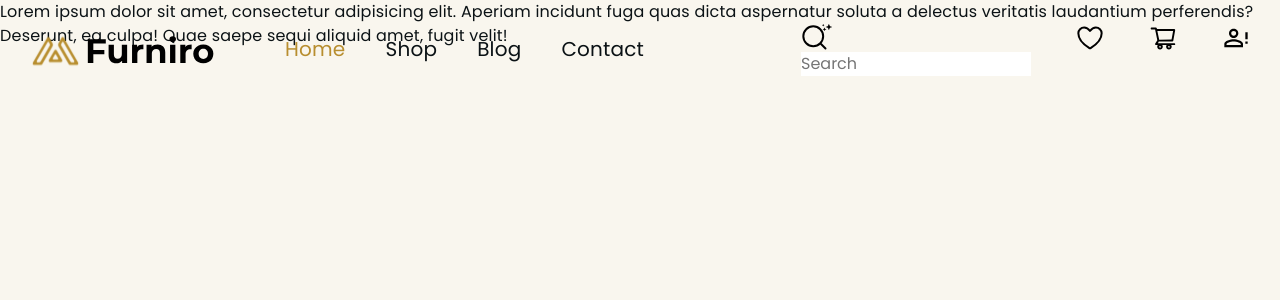
Repository: binhphanbp/furniro-interior_website
Page: index.html
These files come from the project's save history. The page is drawn as it stood at one moment and after the next save; the edit follows.
The browser window is 1280 px wide. The pictures show the whole page.

Above is the page before, as saved 2025-02-19 23:54:13.

### index.html
<!DOCTYPE html>
<html lang="en">
  <head>
    <meta charset="UTF-8" />
    <meta name="viewport" content="width=device-width, initial-scale=1.0" />
    <title>Furniro</title>

    <!-- Favicon -->
    <link rel="shortcut icon" href="./icons/favicon.ico" type="image/x-icon" />
    <link rel="icon" href="./icons/favicon.ico" type="image/x-icon" />

    <!-- Link CSS -->
    <link rel="stylesheet" href="./src/assets/styles/main.css" />
  </head>
  <body class="homepage">
    <!-- PROGRESS BAR -->
    <div class="progress-container">
      <div class="progress-bar"></div>
    </div>

    <!-- HEADER -->

    <header class="header">
      <div class="container">
        <nav class="header__menu">
          <a class="header__logo" href="#">
            <img src="./icons/furniro-logo-type.svg" alt="logo-furniro" />
          </a>
          <ul class="header__menu-list">
            <li>
              <a href="#" class="--active">home</a>
            </li>
            <li>
              <a href="./src/pages/shop.html">shop</a>
            </li>
            <li>
              <a href="./src/pages/blog.html">blog</a>
            </li>
            <li>
              <a href="./src/pages/contact.html">contact</a>
            </li>
          </ul>
        </nav>
        <ul class="header__icons">
          <li class="header__icons-searchbar">
            <label for="search-input">
              <img src="./icons/icon-search.svg" alt="icon-search" />
            </label>
            <input type="text" id="search-input" placeholder="Search" />
          </li>
          <li class="header__icons-item">
            <a href="#">
              <img src="./icons/icon-heart.svg" alt="icon-heart" />
            </a>
          </li>
          <li class="header__icons-item">
            <a href="./src/pages/cart.html">
              <img src="./icons/icon-cart.svg" alt="icon-cart"
            /></a>
          </li>
          <li class="header__icons-item">
            <a href="#">
              <img src="./icons/icon-account-alert.svg" alt="icon-account" />
            </a>
          </li>
        </ul>
      </div>
    </header>

    <!-- MAIN -->
    <main class="main">
      <p>
        Lorem ipsum dolor sit amet, consectetur adipisicing elit. Aperiam
        incidunt fuga quas dicta aspernatur soluta a delectus veritatis
        laudantium perferendis? Deserunt, ea culpa! Quae saepe sequi aliquid
        amet, fugit velit!
      </p>
      <!-- Section Hero -->
      <section class="schero">
        <div class="container"></div>
      </section>

      <!-- Section Menu -->
      <section class="scmenu">
        <div class="container"></div>
      </section>

      <!-- Section Services -->
      <section class="scservices">
        <div class="container"></div>
      </section>

      <!-- Section Delivery -->
      <section class="scdelivery">
        <div class="container"></div>
      </section>

      <!-- Section Our Customers -->
      <section class="sccustomers">
        <div class="container"></div>
      </section>

      <!-- Section Our Blog -->
      <section class="scblog">
        <div class="container"></div>
      </section>
    </main>

    <!-- FOOTER -->
    <footer class="footer">
      <div class="container"></div>
    </footer>

    <!-- JavaScript -->
    <script type="module" src="./src/scripts/main.js"></script>
  </body>
</html>

### src/assets/styles/main.css
/* Reset CSS */
@import './base/reset.css';

/* Font */
@import './base/variables.css';
@import './base/fonts.css';

/* Layouts (General Structure) */
@import './base/layouts.css';

/* Components */
@import './components/header.css';
@import './components/footer.css';
@import './components/components.css';

/* Pages */
@import './pages/home.css';
@import './pages/shop.css';
@import './pages/shop-details.css';
@import './pages/cart.css';
@import './pages/checkout.css';
@import './pages/product-comparison.css';
@import './pages/blog.css';
@import './pages/contact.css';

### src/assets/styles/base/reset.css
* {
  margin: 0;
  padding: 0;
  border: 0;
  font-size: 100%;
  font: inherit;
  vertical-align: baseline;
  box-sizing: border-box;
}
body {
  line-height: 1;
}
ol,
ul {
  list-style: none;
}
blockquote,
q {
  quotes: none;
}
blockquote:before,
blockquote:after,
q:before,
q:after {
  content: '';
  content: none;
}
table {
  border-collapse: collapse;
  border-spacing: 0;
}
img,
object,
embed {
  max-width: 100%;
}

a {
  text-decoration: none;
  outline: 0;
}
strong {
  font-family: db;
}
sub {
  vertical-align: sub;
  font-size: smaller;
}
sup {
  vertical-align: super;
  font-size: smaller;
}

### src/assets/styles/base/variables.css
:root {
  /* Page Setting Variables */
  --max-width-page: 2560px;
  --max-width-container-fluid: 1920px;
  --max-width-container: calc(1236px + calc(var(--gap) * 2));

  --gap: 30px;
  --pd-left-right: 20px;

  /* Color Variables */
  --primary-cl: #b88e2f;
  --primary-cl-hover: #d3ac51;
  --secondary-cl: #fff3e3;
  --tertiary-cl: #f3e9dc;

  --white-page-cl: #f9f6ee;
  --black-cl: #0b1215;

  --gray-dark-cl: #898989;
  --gray-light-cl: #9f9f9f;
  --product-hover: #3a3a3a;

  --red-cl: #e97171;
  --green-cl: #2ec1ac;
  --purple-cl: #816dfa;

  /* Font-size, Line-height, Letter-spacing Variables: */
  --fs-h1: 5.6rem;
  --lh-h1: 6.5rem;
  --ls-h1: 2px;

  --fs-h2: 4rem;
  --lh-h2: 4.8rem;
  --ls-h2: 0.25px;

  --fs-h3: 2.4rem;
  --lh-h3: 2.8rem;
  --ls-h3: 0.1px;

  --fs-text-button: 1.6rem;
  --lh-text-button: 2.4rem;
  --ls-text-button: 0.2px;

  --fs-body: 1.6rem;
  --lh-body: 2.4rem;
  --ls-body: 0.2px;

  /* Fonts: */
  --font-body: ppr;
  --font-body-light: ppl;
  --font-body-medium: ppm;
  --font-body-semibold: ppsb;
  --font-body-bold: ppb;

  /* General Variables */
  --height-header: 100px;
  --height-footer: 505px;
  --height-button: 48px;
  --height-button-medium: 64px;
  --height-button-large: 74px;
  --pd-section: 60px;

  /* Timing Transition Variables: */
  --duration: 0.4s;
  --cubic: cubic-bezier(0.59, 0.29, 0.15, 0.93);
}

### src/assets/styles/base/fonts.css
@font-face {
  font-family: 'ppl';
  src: url('../../fonts/Poppins-Light.woff2') format('woff2'),
    url('../../fonts/Poppins-Light.woff') format('woff');
  font-weight: 300;
  font-style: normal;
  font-display: swap;
}

@font-face {
  font-family: 'ppr';
  src: url('../../fonts/Poppins-Regular.woff2') format('woff2'),
    url('../../fonts/Poppins-Regular.woff') format('woff');
  font-weight: normal;
  font-style: normal;
  font-display: swap;
}

@font-face {
  font-family: 'ppm';
  src: url('../../fonts/Poppins-Medium.woff2') format('woff2'),
    url('../../fonts/Poppins-Medium.woff') format('woff');
  font-weight: 500;
  font-style: normal;
  font-display: swap;
}

@font-face {
  font-family: 'ppsb';
  src: url('../../fonts/Poppins-SemiBold.woff2') format('woff2'),
    url('../../fonts/Poppins-SemiBold.woff') format('woff');
  font-weight: 600;
  font-style: normal;
  font-display: swap;
}

@font-face {
  font-family: 'ppb';
  src: url('../../fonts/Poppins-Bold.woff2') format('woff2'),
    url('../../fonts/Poppins-Bold.woff') format('woff');
  font-weight: bold;
  font-style: normal;
  font-display: swap;
}

### src/assets/styles/base/layouts.css
html {
  font-size: 62.5%;

  scroll-behavior: smooth;

  /* CUSTOM SCROLLBAR */
  /* width */
  ::-webkit-scrollbar {
    width: 10px;
  }
  /* Track */
  ::-webkit-scrollbar-track {
    background: var(--gray-light-cl);
  }
  /* Handle */
  ::-webkit-scrollbar-thumb {
    background: var(--primary-cl);
    border-radius: 40px;
  }
  /* Handle on hover */
  ::-webkit-scrollbar-thumb:hover {
    background: var(--gray-dark-cl);
  }

  /* Custom background-color text selection */
  ::-moz-selection {
    color: var(--white-page-cl);
    background: var(--primary-cl);
  }
  ::selection {
    color: var(--white-page-cl);
    background: var(--primary-cl);
  }
}

body {
  background-color: var(--white-page-cl);
  width: 100%;
  max-width: var(--max-width-page);
  margin: auto;

  color: var(--black-cl);
  font-family: var(--font-body);
  font-size: var(--fs-body);
  line-height: var(--lh-body);
  letter-spacing: var(--ls-body);
}

.container-fluid {
  width: 100%;
  max-width: var(--max-width-container-fluid);
  padding-right: var(--gap);
  padding-left: var(--gap);
  margin-right: auto;
  margin-left: auto;
  position: relative;
}

.container {
  width: 100%;
  max-width: var(--max-width-container);
  padding-right: var(--gap);
  padding-left: var(--gap);
  margin-right: auto;
  margin-left: auto;
  position: relative;
}

.main {
  position: relative;
}

section .ptb {
  padding: var(--pd-section) 0;
}
section .pt {
  padding: var(--pd-section);
}
section .pb {
  padding: var(--pd-section);
}

### src/assets/styles/components/header.css
.header {
  position: absolute;
  top: 0;
  z-index: 3;
  width: 100%;
  max-width: var(--max-width-page);
  height: var(--height-header);
}

.header .container {
  display: flex;
  align-items: center;
  justify-content: space-between;
  height: 100%;
}

.header .header__menu {
  display: flex;
  align-items: center;
  gap: 50px;
}

/* Header Menu */
.header .header__menu .header__menu-list {
  display: flex;
}

.header .header__menu .header__menu-list li a {
  padding: 8px var(--pd-left-right);
  text-transform: capitalize;
  font-size: 2rem;
  color: var(--black-cl);
  text-wrap: nowrap;
  cursor: pointer;

  transition: var(--duration);
  -webkit-transition: var(--duration);
  -moz-transition: var(--duration);
  -ms-transition: var(--duration);
  -o-transition: var(--duration);
}
.header .header__menu .header__menu-list li a:hover,
.header .header__menu .header__menu-list li a.--active {
  color: var(--primary-cl);
}

.header .header__menu .header__menu-list li a::after {
  content: '';
  display: block;
  /* width: calc(100% - calc(var(--padding-lf) * 2)); */
  width: 0;
  height: 2px;
  background-color: var(--primary-cl);
  position: absolute;
  bottom: 0;
  left: 50%;
  transform: translateX(-50%);

  transition: var(--duration);
  -webkit-transition: var(--duration);
  -moz-transition: var(--duration);
  -ms-transition: var(--duration);
  -o-transition: var(--duration);
}
.header .header__menu .header__menu-list li a::after:hover,
.header .header__menu .header__menu-list li a::after.--active {
  width: calc(100% - calc(var(--pd-left-right) * 2));
}

/* Header Icons */
.header .header__icons {
  display: flex;
  gap: 45px;
}

### src/assets/styles/components/components.css
img {
  max-width: 100%;
  -webkit-user-select: none;
  -moz-user-select: none;
  -ms-user-select: none;
  user-select: none;
  display: block;
  outline: 0;
  object-fit: contain;
}

img .--center {
  margin: 0 auto;
  display: block;
}

.--hidden {
  display: none;
}

.--disable-scroll {
  height: 100vh;
  overflow: hidden;
}

/* Progress Bar */
.progress-container {
  position: fixed;
  top: 0;
  left: 0;
  width: 100%;
  height: 5px;
  background: var(--white-page-cl);
}

.progress-bar {
  height: 100%;
  background: var(--primary-cl);
  width: 0%;

  /* Scroll-driven animation */
  animation: grow linear;
  animation-timeline: scroll();
}

@keyframes grow {
  from {
    width: 0%;
  }
  to {
    width: 100%;
  }
}

/* Heading */
.heading {
  font-family: prb;
  color: var(--black-cl);
  text-transform: uppercase;
}
.heading .--h1 {
  font-size: var(--fs-h1);
  line-height: var(--lh-h1);
  letter-spacing: var(--ls-h1);
}
.heading .--h2 {
  font-size: var(--fs-h2);
  line-height: var(--lh-h2);
  letter-spacing: var(--ls-h2);
}
.heading .--h3 {
  font-size: var(--fs-h3);
  line-height: var(--lh-h3);
  letter-spacing: var(--ls-h3);
}
.heading .--primary-cl {
  color: var(--primary-cl);
}
.heading .--gray-light-cl {
  color: var(--gray-light-cl);
}

.textbutton {
  font-family: var(--font-body-semibold);
  font-size: var(--fs-text-button);
  line-height: var(--lh-text-button);
  letter-spacing: var(--ls-text-button);
}
/* Textbox */
.textbox .--align-center {
  text-align: center;
}

.textbox .desc {
  margin-top: 10px;
  color: var(--gray-dark-cl);
}

/* BUTTON */
.btn {
  display: inline-flex;
  align-items: center;
  justify-content: center;
  gap: 10px;
  padding: 0 36px;

  height: var(--height-button);
  font-family: var(--font-body-semibold);
  border: var(--primary-cl) solid 1px;
  background-color: var(--primary-cl);
  color: var(--white-page-cl);

  white-space: nowrap;
  cursor: pointer;
  transition: var(--duration);
  -webkit-transition: var(--duration);
  -moz-transition: var(--duration);
  -ms-transition: var(--duration);
  -o-transition: var(--duration);
}
.btn:hover {
  border: var(--white-page-cl) solid 1px;
  background-color: var(--primary-cl);
  color: var(--primary-cl);
}

.btn .--large {
  height: var(--height-button-large);
  padding: 0 72px;

  font-family: var(--font-body-bold);
  text-transform: uppercase;
}

.btn .--stroke {
  height: 48px;
  padding: 0 78px;
  background-color: transparent;
  color: var(--primary-cl);
  stroke: 1px solid var(--primary-cl);
}
.btn .--stroke:hover {
  background-color: var(--primary-cl);
  color: var(--white-page-cl);
}

.btn .--stroke-black {
  height: 48px;
  padding: 0 48px;
  background-color: transparent;
  color: var(--black-cl);
  stroke: 1px solid var(--black-cl);
}
.btn .--stroke-black:hover {
  background-color: var(--black-cl);
  color: var(--white-page-cl);
}

/* Button Pagination */
.btn-pagination {
  height: 60px;
  padding: 0 27px;

  background-color: var(--secondary-cl);
  color: var(--black-cl);
}
.btn-pagination:hover {
  background-color: var(--primary-cl-hover);
  color: var(--white-page-cl);
}
.btn-pagination .--active {
  background-color: var(--primary-cl);
  color: var(--white-page-cl);
}

Loaded but not shown: src/scripts/main.js (no stored copy; drawn as an empty file); src/assets/styles/components/footer.css (no stored copy; drawn as an empty file); src/assets/styles/pages/home.css (no stored copy; drawn as an empty file); src/assets/styles/pages/shop.css (no stored copy; drawn as an empty file); src/assets/styles/pages/shop-details.css (no stored copy; drawn as an empty file); src/assets/styles/pages/cart.css (no stored copy; drawn as an empty file); src/assets/styles/pages/checkout.css (no stored copy; drawn as an empty file); src/assets/styles/pages/product-comparison.css (no stored copy; drawn as an empty file); src/assets/styles/pages/blog.css (no stored copy; drawn as an empty file); src/assets/styles/pages/contact.css (no stored copy; drawn as an empty file)

After the next save:
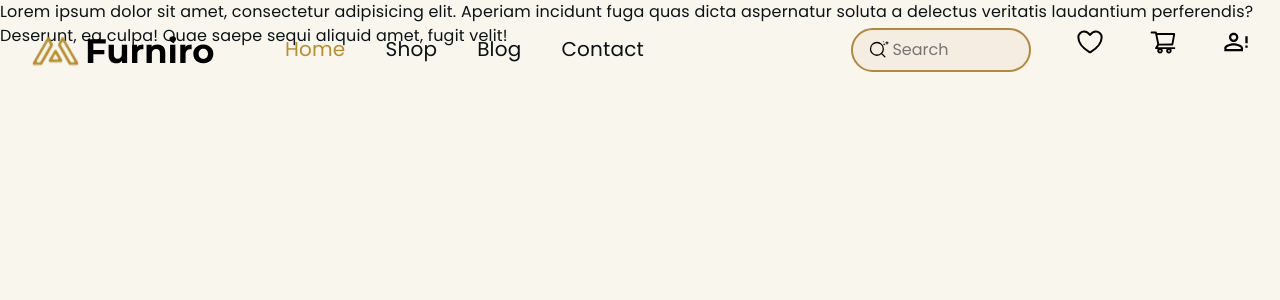
Saved 23 s later.
--- a/src/assets/styles/components/header.css
+++ b/src/assets/styles/components/header.css
@@ -72,3 +72,34 @@
   display: flex;
   gap: 45px;
 }
+
+.header__icons-searchbar {
+  display: flex;
+  align-items: center;
+  background-color: #f5ede1; /* Màu nền */
+  border: 2px solid #b2893c; /* Viền vàng */
+  border-radius: 30px; /* Bo tròn góc */
+  padding: 8px 16px;
+  width: 180px; /* Chiều rộng */
+  transition: all 0.3s ease-in-out;
+}
+
+.header__icons-searchbar img {
+  width: 20px; /* Kích thước icon */
+  height: 20px;
+  margin-right: 8px;
+  cursor: pointer;
+}
+
+.header__icons-searchbar input {
+  border: none;
+  outline: none;
+  background: transparent;
+  font-size: 16px;
+  color: #777;
+  width: 100%;
+}
+
+.header__icons-searchbar:focus-within {
+  border-color: #8b6a2f; /* Viền khi focus */
+}

After the save that followed:
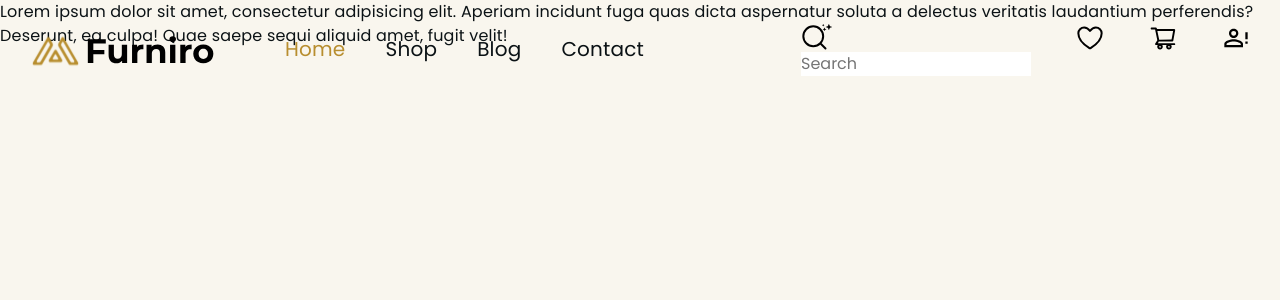
Saved 12 s later.
--- a/src/assets/styles/components/header.css
+++ b/src/assets/styles/components/header.css
@@ -72,34 +72,3 @@
   display: flex;
   gap: 45px;
 }
-
-.header__icons-searchbar {
-  display: flex;
-  align-items: center;
-  background-color: #f5ede1; /* Màu nền */
-  border: 2px solid #b2893c; /* Viền vàng */
-  border-radius: 30px; /* Bo tròn góc */
-  padding: 8px 16px;
-  width: 180px; /* Chiều rộng */
-  transition: all 0.3s ease-in-out;
-}
-
-.header__icons-searchbar img {
-  width: 20px; /* Kích thước icon */
-  height: 20px;
-  margin-right: 8px;
-  cursor: pointer;
-}
-
-.header__icons-searchbar input {
-  border: none;
-  outline: none;
-  background: transparent;
-  font-size: 16px;
-  color: #777;
-  width: 100%;
-}
-
-.header__icons-searchbar:focus-within {
-  border-color: #8b6a2f; /* Viền khi focus */
-}
